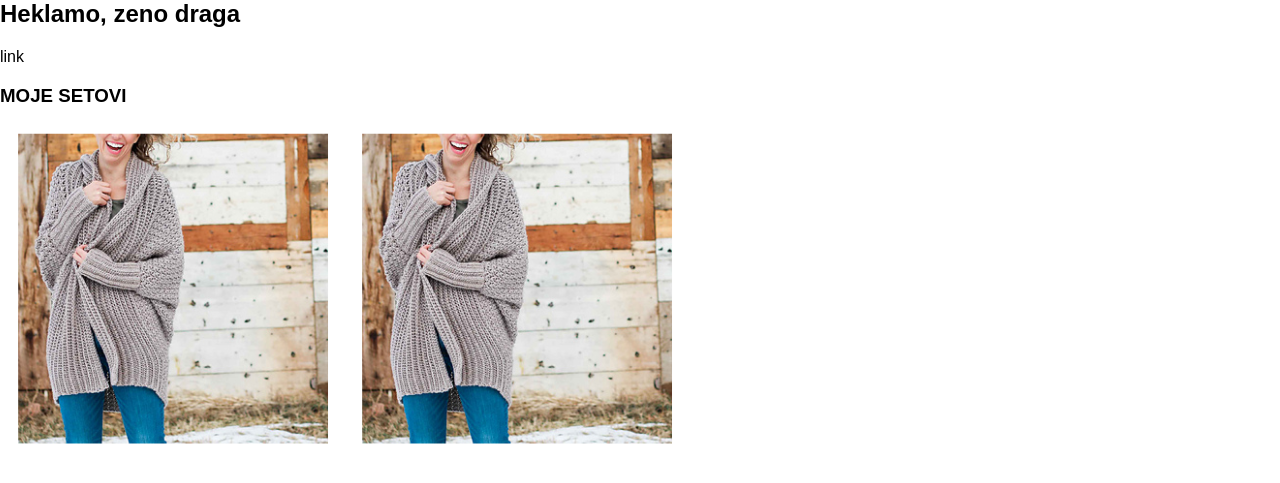
Repository: sdnc/Heklamo
Page: index.html
The author's editor kept a copy of each file at every save. The page is drawn from the files as they stood at one save, then again after a run of saves.
The browser window is 1280 px wide. The pictures show the whole page.

Above is the page before, as saved 2020-12-24 13:04:02.

### index.html
<html>

<head>
  <meta charset="UTF-8" />
  <meta name="viewport" content="width=device-width, initial-scale=1.0" />
  <title>Heklamo</title>
  <link href="https://maxcdn.bootstrapcdn.com/font-awesome/4.7.0/css/font-awesome.min.css" rel="stylesheet">
  <link rel="stylesheet" href="styles.css" />
  <script src="https://unpkg.com/vue@next" defer></script>
  <script src="app.js" defer></script>
</head>

<body>
  <!--1) -->
  <!--2) -->
  <section id="header">
    <h1>Heklamo, zeno draga</h1>
    <nav>link</nav>
  </section>
    <section id="cards">
      <h3>MOJE SETOVI</h3>
    <div class="card">
      <div class="image">
        <img
          src="img/habitatcardigan.jpg" />
      </div>
      <div class="details">
        <div class="center">
          <h1>The Habitat Cardigan<br><span>Difficulty: 2/5</span></h1>
          <p>You will need:</p>
          <button>Let's do it!</button>
        </div>
      </div>
    </div>

    <div class="card">
      <div class="image">
        <img src="img/habitatcardigan.jpg" />
      </div>
      <div class="details">
        <div class="center">
          <h1>The Habitat Cardigan<br><span>Difficulty: 2/5</span></h1>
          <p>You will need:</p>
          <button>Let's do it!</button>
        </div>
      </div>
    </div>
  </section>

  <section id="inspiration">

  </section>

  <section id="buy">

  </section>
</body>

</html>

### styles.css
body {
  margin: 0;
  padding: 0;
  font-family: sans-serif;
}

#cards {
  margin: auto;
  align-items: center;
}

.card {
  margin: 5px 15px;
  display: inline-block;
  transform: translate(1%,1%);
  width: 310px;
  height: 350px;
}
.image {
  width: 310px;
  height: 350px;
  overflow: hidden;
}
.card .image img {
  width: 100%;
  transition: .5s;
}
.card:hover .image img {
  opacity: .5;
  transform: translateX(30%);/*100%*/
}
.card .details {
  position: absolute;
  top: 0;
  left: 0;
  width: 70%;/*100%*/
  height: 89%;
  background: #ffc107;
  transition: .5s;
  transform-origin: left;
  transform: perspective(2000px) rotateY(-90deg);
}
.card:hover .details {
  transform: perspective(2000px) rotateY(0deg);
}
.card .details .center {
  padding: 20px;
  text-align: center;
  background: #fff;
  position: absolute;
  top: 50%;
  transform: translateY(-50%);
}
.card .details .center h1 {
  margin: 0;
  padding: 0;
  color: #ff3636;
  line-height: 20px;
  font-size: 20px;
  text-transform: uppercase;
}
.card .details .center h1 span {
  font-size: 14px;
  color: #262626;
}
.card .details .center p {
  margin: 10px 0;
  padding: 0;
  color: #262626;
}

Loaded but not shown: app.js (no copy from this time; the picture is the same without it)

After the next 2 saves:
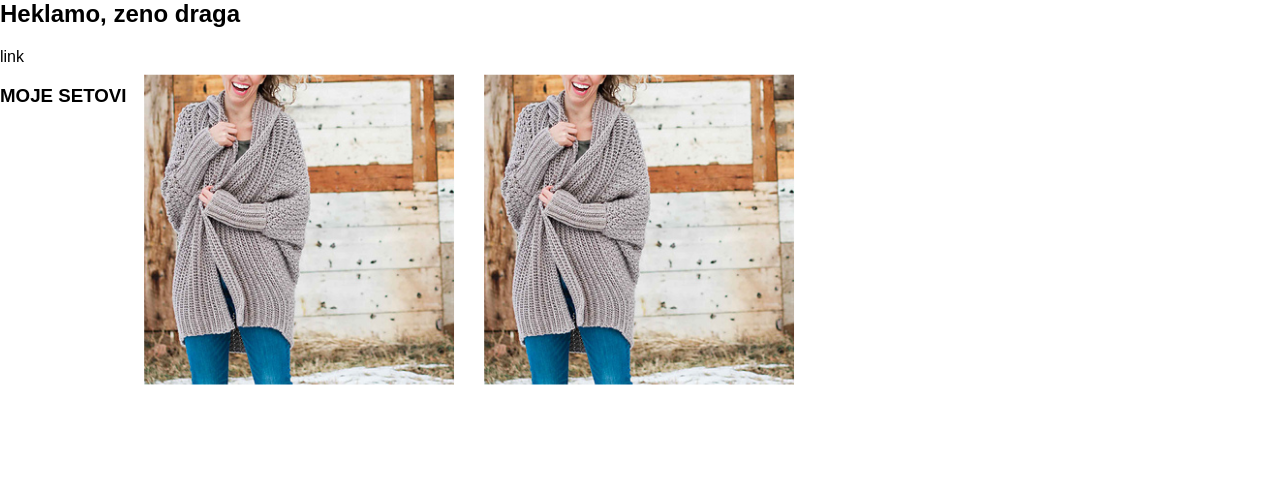
The 2 saves are shown as one change because they came seconds apart.
The last was saved 10 s later.
--- a/styles.css
+++ b/styles.css
@@ -6,7 +6,7 @@
 
 #cards {
   margin: auto;
-  align-items: center;
+  display: flex;
 }
 
 .card {

After the 3 saves that followed:
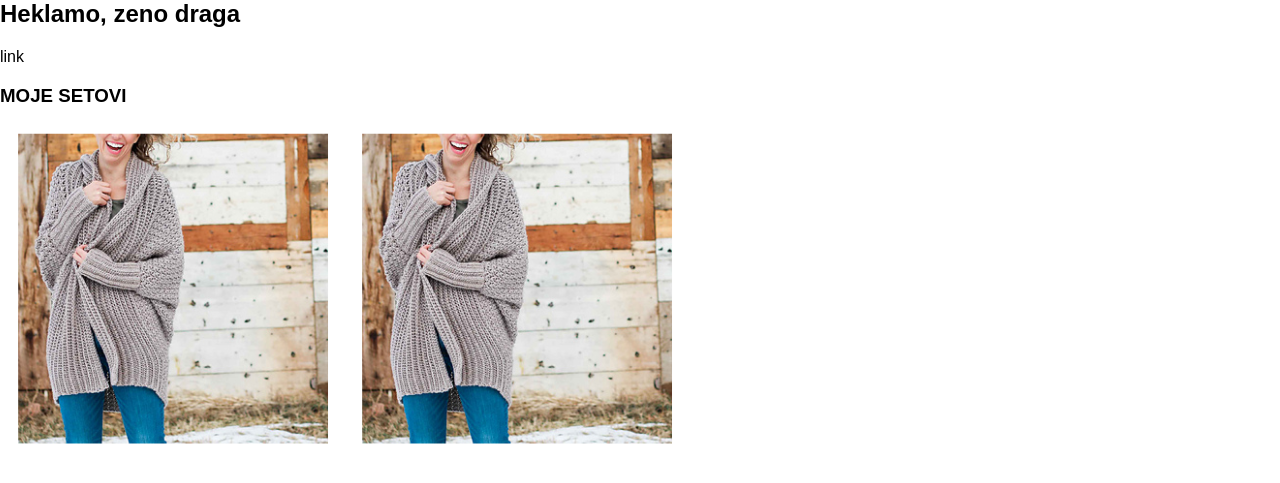
The 3 saves are shown as one change because they came seconds apart.
The last was saved 12 s later.
--- a/styles.css
+++ b/styles.css
@@ -6,7 +6,6 @@
 
 #cards {
   margin: auto;
-  display: flex;
 }
 
 .card {
